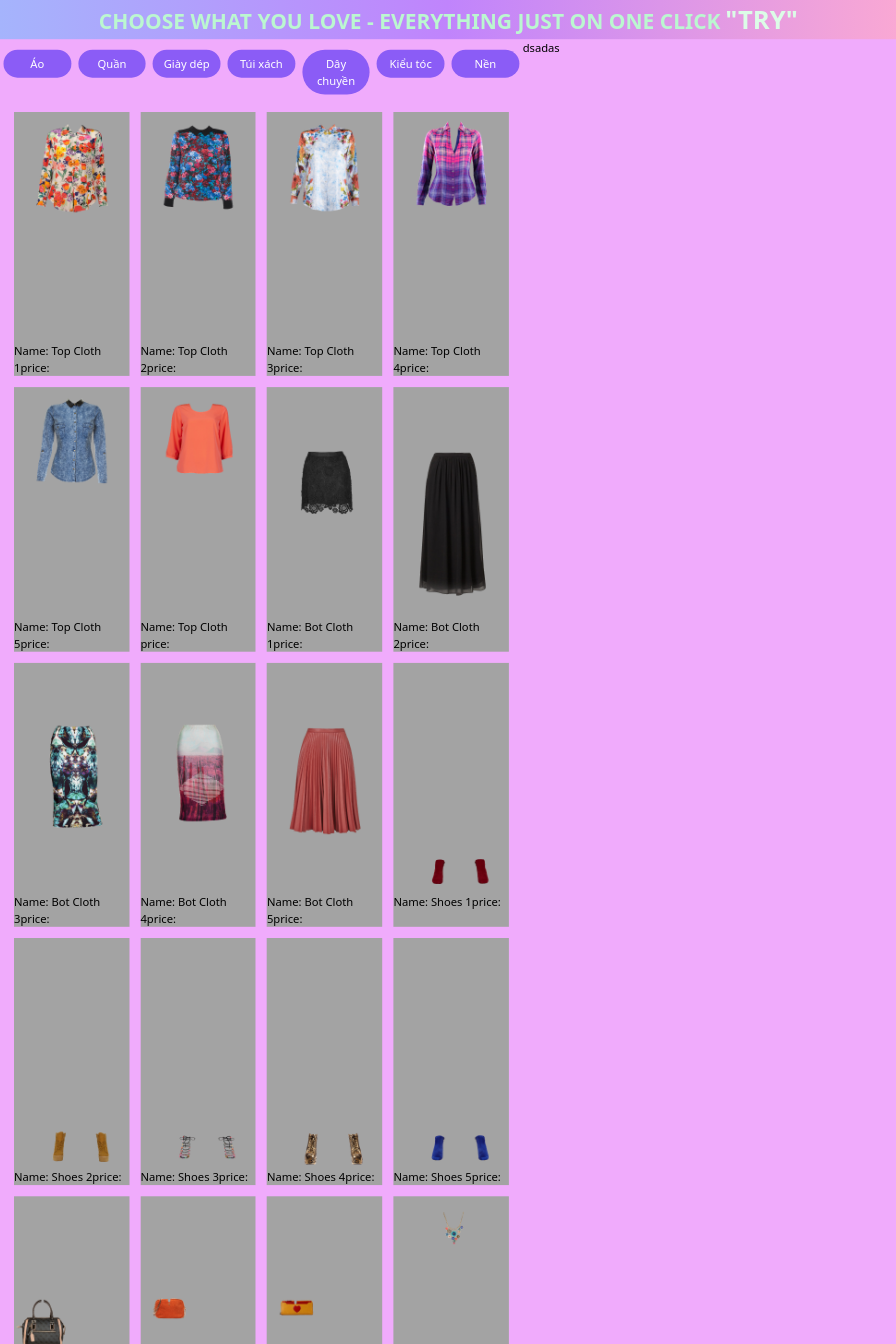
Repository: NguyenVietPhuQuy/ReactJs-TailWind-Redux-FunctionHook-ModelDesign
Page: / (app in modeldesign/)
The author's editor kept a copy of each file at every save. The page is drawn from the files as they stood at one save, then again after the next save.
The browser window is 1280 px wide. The pictures show the part of the page from y = 0 to 1920 px (the page is 3067 px tall before and 2343 px after), at 70% of full size.
The project was rebuilt for these pictures with package versions that can differ from the ones it lists, and the page was loaded fresh each time. Also part of the build but not shown: modeldesign/src/App.css.

Above is the page before, as saved 2022-11-17 16:11:23.

### modeldesign/public/index.html
<!DOCTYPE html>
<html lang="en">
  <head>
    <meta charset="utf-8" />
    <link rel="icon" href="%PUBLIC_URL%/favicon.ico" />
    <meta name="viewport" content="width=device-width, initial-scale=1" />
    <meta name="theme-color" content="#000000" />
    <meta
      name="description"
      content="Web site created using create-react-app"
    />
    <!--bootstrap-->
    <link rel="stylesheet" href="https://cdnjs.cloudflare.com/ajax/libs/bootstrap/5.2.2/js/bootstrap.min.js">
    <link rel="apple-touch-icon" href="%PUBLIC_URL%/logo192.png" />
    <!--
      manifest.json provides metadata used when your web app is installed on a
      user's mobile device or desktop. See https://developers.google.com/web/fundamentals/web-app-manifest/
    -->
    <link rel="manifest" href="%PUBLIC_URL%/manifest.json" />
    <!--
      Notice the use of %PUBLIC_URL% in the tags above.
      It will be replaced with the URL of the `public` folder during the build.
      Only files inside the `public` folder can be referenced from the HTML.

      Unlike "/favicon.ico" or "favicon.ico", "%PUBLIC_URL%/favicon.ico" will
      work correctly both with client-side routing and a non-root public URL.
      Learn how to configure a non-root public URL by running `npm run build`.
    -->
    <title>React App</title>
  </head>
  <body>
    <noscript>You need to enable JavaScript to run this app.</noscript>
    <div id="root"></div>
    <!--
      This HTML file is a template.
      If you open it directly in the browser, you will see an empty page.

      You can add webfonts, meta tags, or analytics to this file.
      The build step will place the bundled scripts into the <body> tag.

      To begin the development, run `npm start` or `yarn start`.
      To create a production bundle, use `npm run build` or `yarn build`.
    -->
  </body>
</html>

### modeldesign/src/index.js
import React from 'react';
import ReactDOM from 'react-dom/client';
import './index.css';
import App from './App';
import reportWebVitals from './reportWebVitals';
import {Provider} from 'react-redux'
import store from './Components/Reducer/Store';
const root = ReactDOM.createRoot(document.getElementById('root'));
root.render(
  <React.StrictMode>
    <Provider store ={store}>
    <App/>
    </Provider>
  </React.StrictMode>
);

// If you want to start measuring performance in your app, pass a function
// to log results (for example: reportWebVitals(console.log))
// or send to an analytics endpoint. Learn more: https://bit.ly/CRA-vitals
reportWebVitals();

### modeldesign/src/App.js
import React from 'react';
import './App.css';
import Home from './Components/Home.js'
function App() {
  return (
    <div>
      <Home/>
    </div>
  );
}

export default App;

### modeldesign/src/Components/Reducer/Store.js
import {createStore} from "redux"
import rootReducer from "./RootReducer"

const store = createStore(rootReducer,window.__REDUX_DEVTOOLS_EXTENSION__ && window.__REDUX_DEVTOOLS_EXTENSION__())
export default store

### modeldesign/src/Components/Home.js
import React from "react";
import Header from './Header.js'
import Category from "./Category.js";
import ProductList from "./ProductList.js";
import Model from "./Model.js";
function Home() {
    return (
        <div className="container mx-auto relative bg-fuchsia-300">
            <section className=
            " bg-gradient-to-r from-indigo-300 via-purple-400 to-pink-300 w-full ring-2 ring-transparent">
                    <Header/>
            </section>
            <section className="main flex flex-row">
                <div className="basis-7/12">
                    <Category/>
                    <ProductList/>
                </div>
                <div className="basis-5/12">
                    <Model />
                </div>
            </section>
        </div>
    )
}
export default Home

### modeldesign/src/Components/Reducer/RootReducer.js
import { combineReducers } from "redux";
import ProductReducer from './ProductReducer'
import CategoryReducer from './CategoryReducer'

const RootReducer = combineReducers({
    products: ProductReducer,
    categories: CategoryReducer,

})

export default RootReducer

### modeldesign/src/Components/Header.js
import React from "react";
import 'animate.css'
function Header(){
    return (
        <div className="text-center text-3xl p-2 font-semibold text-green-200 ">
            CHOOSE WHAT YOU LOVE - EVERYTHING JUST ON ONE CLICK <span className="text-green-100 font-bold text-4xl animate__animated animate__pulse animate__infinite inline-block">"TRY" </span>
        </div>
    )
}
export default Header

### modeldesign/src/Components/Category.js
import React from "react";
import { useSelector } from 'react-redux'


function Category(props) {
    const returnValue = useSelector(state => state.categories.category)
    return (
        <div className=" flex flex-row w-full">
            {returnValue.map((item) => {
                return (
                    <div key={item.tabName}className="w-1/2" style={{marginTop: 10, padding:5}}>
                        <button className="p-2 w-full rounded-full text-white hover:text-pink-100
                         bg-violet-500 hover:bg-violet-600 active:bg-violet-700 focus:outline-none
                         ease-in duration-200"
                         style={{ outline:"none",border: "none"}} >
                            {item.showName}
                        </button>
                    </div>
                )
            })}
        </div>
    )
}

export default Category

### modeldesign/src/Components/ProductList.js
import React from "react";
import { useSelector } from "react-redux";
function ProductList() {
    const productList = useSelector(state => state.products.product)
    console.log(productList)
    return (
        <div className="grid grid-cols-4 gap-4 m-5 text-left">
            {productList.map(item => {
                return (
                    <div className="card bg-neutral-400">
                        <img alt="" src={item.imgSrc_png}  className="rounded-lg flex-shrink-0 w-full"></img>
                        <div>
                        <span>Name: {item.name}</span>
                        <span>price: {item.price}</span>
                        </div>
                    </div>
                )
            })}
        </div>)
}
export default ProductList

### modeldesign/src/Components/Model.js
import React from "react";
function Model(){
    return(<div>
        dsadas
    </div>)
}
export default Model

### modeldesign/src/Components/Reducer/ProductReducer.js

const initialState = {
    product: [{
        id: 'topcloth_1',
        type: "topclothes",
        name: "Top Cloth 1",
        desc: "Lorem ipsum dolor, sit amet consectetur adipisicing elit. Aliquid, nulla.",
        imgSrc_jpg: 'images/clothes/topcloth1_show.jpg',
        imgSrc_png: 'images/clothes/topcloth1.png',
    },
    {
        id: 'topcloth_2',
        type: "topclothes",
        name: "Top Cloth 2",
        desc: "Lorem ipsum dolor, sit amet consectetur adipisicing elit. Aliquid, nulla.",
        imgSrc_jpg: 'images/clothes/topcloth2_show.jpg',
        imgSrc_png: 'images/clothes/topcloth2.png',
    },
    {
        id: 'topcloth_3',
        type: "topclothes",
        name: "Top Cloth 3",
        desc: "Lorem ipsum dolor, sit amet consectetur adipisicing elit. Aliquid, nulla.",
        imgSrc_jpg: 'images/clothes/topcloth3_show.jpg',
        imgSrc_png: 'images/clothes/topcloth3.png',
    },
    {
        id: 'topcloth_4',
        type: "topclothes",
        name: "Top Cloth 4",
        desc: "Lorem ipsum dolor, sit amet consectetur adipisicing elit. Aliquid, nulla.",
        imgSrc_jpg: 'images/clothes/topcloth4_show.jpg',
        imgSrc_png: 'images/clothes/topcloth4.png',
    },
    {
        id: 'topcloth_5',
        type: "topclothes",
        name: "Top Cloth 5",
        desc: "Lorem ipsum dolor, sit amet consectetur adipisicing elit. Aliquid, nulla.",
        imgSrc_jpg: 'images/clothes/topcloth5_show.jpg',
        imgSrc_png: 'images/clothes/topcloth5.png',
    },
    {
        id: 'topcloth_6',
        type: "topclothes",
        name: "Top Cloth ",
        desc: "Lorem ipsum dolor, sit amet consectetur adipisicing elit. Aliquid, nulla.",
        imgSrc_jpg: 'images/clothes/topcloth6_show.jpg',
        imgSrc_png: 'images/clothes/topcloth6.png',
    },

    // Both clothes
    {
        id: 'botcloth_1',
        type: "botclothes",
        name: "Bot Cloth 1",
        desc: "Lorem ipsum dolor, sit amet consectetur adipisicing elit. Aliquid, nulla.",
        imgSrc_jpg: 'images/clothes/botcloth1_show.jpg',
        imgSrc_png: 'images/clothes/botcloth1.png',
    },
    {
        id: 'botcloth_2',
        type: "botclothes",
        name: "Bot Cloth 2",
        desc: "Lorem ipsum dolor, sit amet consectetur adipisicing elit. Aliquid, nulla.",
        imgSrc_jpg: 'images/clothes/botcloth2_show.jpg',
        imgSrc_png: 'images/clothes/botcloth2.png',
    },
    {
        id: 'botcloth_3',
        type: "botclothes",
        name: "Bot Cloth 3",
        desc: "Lorem ipsum dolor, sit amet consectetur adipisicing elit. Aliquid, nulla.",
        imgSrc_jpg: 'images/clothes/botcloth3_show.jpg',
        imgSrc_png: 'images/clothes/botcloth3.png',
    },
    {
        id: 'botcloth_4',
        type: "botclothes",
        name: "Bot Cloth 4",
        desc: "Lorem ipsum dolor, sit amet consectetur adipisicing elit. Aliquid, nulla.",
        imgSrc_jpg: 'images/clothes/botcloth4_show.jpg',
        imgSrc_png: 'images/clothes/botcloth4.png',
    },
    {
        id: 'botcloth_5',
        type: "botclothes",
        name: "Bot Cloth 5",
        desc: "Lorem ipsum dolor, sit amet consectetur adipisicing elit. Aliquid, nulla.",
        imgSrc_jpg: 'images/clothes/botcloth5_show.jpg',
        imgSrc_png: 'images/clothes/botcloth5.png',
    },

    // Shoes
    {
        id: 'shoes_1',
        type: "shoes",
        name: "Shoes 1",
        desc: "Lorem ipsum dolor, sit amet consectetur adipisicing elit. Aliquid, nulla.",
        imgSrc_jpg: 'images/shoes/shoes1_show.jpg',
        imgSrc_png: 'images/shoes/shoes1.png',
    },
    {
        id: 'shoes_2',
        type: "shoes",
        name: "Shoes 2",
        desc: "Lorem ipsum dolor, sit amet consectetur adipisicing elit. Aliquid, nulla.",
        imgSrc_jpg: 'images/shoes/shoes2_show.jpg',
        imgSrc_png: 'images/shoes/shoes2.png',
    },
    {
        id: 'shoes_3',
        type: "shoes",
        name: "Shoes 3",
        desc: "Lorem ipsum dolor, sit amet consectetur adipisicing elit. Aliquid, nulla.",
        imgSrc_jpg: 'images/shoes/shoes3_show.jpg',
        imgSrc_png: 'images/shoes/shoes3.png',
    },
    {
        id: 'shoes_4',
        type: "shoes",
        name: "Shoes 4",
        desc: "Lorem ipsum dolor, sit amet consectetur adipisicing elit. Aliquid, nulla.",
        imgSrc_jpg: 'images/shoes/shoes4_show.jpg',
        imgSrc_png: 'images/shoes/shoes4.png',
    },
    {
        id: 'shoes_5',
        type: "shoes",
        name: "Shoes 5",
        desc: "Lorem ipsum dolor, sit amet consectetur adipisicing elit. Aliquid, nulla.",
        imgSrc_jpg: 'images/shoes/shoes5_show.jpg',
        imgSrc_png: 'images/shoes/shoes5.png',
    },

    // Handbags
    {
        id: 'handbag_1',
        type: "handbags",
        name: "Handbag 1",
        desc: "Lorem ipsum dolor, sit amet consectetur adipisicing elit. Aliquid, nulla.",
        imgSrc_jpg: 'images/handbags/handbag1_show.jpg',
        imgSrc_png: 'images/handbags/handbag1.png',
    },
    {
        id: 'handbag_2',
        type: "handbags",
        name: "Handbag 2",
        desc: "Lorem ipsum dolor, sit amet consectetur adipisicing elit. Aliquid, nulla.",
        imgSrc_jpg: 'images/handbags/handbag2_show.jpg',
        imgSrc_png: 'images/handbags/handbag2.png',
    },
    {
        id: 'handbag_3',
        type: "handbags",
        name: "Handbag 3",
        desc: "Lorem ipsum dolor, sit amet consectetur adipisicing elit. Aliquid, nulla.",
        imgSrc_jpg: 'images/handbags/handbag3_show.jpg',
        imgSrc_png: 'images/handbags/handbag3.png',
    },

    // Necklaces
    {
        id: 'necklace_1',
        type: "necklaces",
        name: "Necklace 1",
        desc: "Lorem ipsum dolor, sit amet consectetur adipisicing elit. Aliquid, nulla.",
        imgSrc_jpg: 'images/necklaces/necklace1_show.jpg',
        imgSrc_png: 'images/necklaces/necklace1.png',
    },
    {
        id: 'necklace_2',
        type: "necklaces",
        name: "Necklace 2",
        desc: "Lorem ipsum dolor, sit amet consectetur adipisicing elit. Aliquid, nulla.",
        imgSrc_jpg: 'images/necklaces/necklace2_show.jpg',
        imgSrc_png: 'images/necklaces/necklace2.png',
    },
    {
        id: 'necklace_3',
        type: "necklaces",
        name: "Necklace 3",
        desc: "Lorem ipsum dolor, sit amet consectetur adipisicing elit. Aliquid, nulla.",
        imgSrc_jpg: 'images/necklaces/necklace3_show.jpg',
        imgSrc_png: 'images/necklaces/necklace3.png',
    },

    // Hairstyle
    {
        id: 'hairstyle_1',
        type: "hairstyle",
        name: "Hairstyle 1",
        desc: "Lorem ipsum dolor, sit amet consectetur adipisicing elit. Aliquid, nulla.",
        imgSrc_jpg: 'images/hairstyle/hairstyle1_show.jpg',
        imgSrc_png: 'images/hairstyle/hairstyle1.png',
    },
    {
        id: 'hairstyle_2',
        type: "hairstyle",
        name: "Hairstyle 2",
        desc: "Lorem ipsum dolor, sit amet consectetur adipisicing elit. Aliquid, nulla.",
        imgSrc_jpg: 'images/hairstyle/hairstyle2_show.jpg',
        imgSrc_png: 'images/hairstyle/hairstyle2.png',
    },
    {
        id: 'hairstyle_3',
        type: "hairstyle",
        name: "Hairstyle 3",
        desc: "Lorem ipsum dolor, sit amet consectetur adipisicing elit. Aliquid, nulla.",
        imgSrc_jpg: 'images/hairstyle/hairstyle3_show.jpg',
        imgSrc_png: 'images/hairstyle/hairstyle3.png',
    },

    // Background
    {
        id: 'background_1',
        type: "background",
        name: "Background 1",
        desc: "Lorem ipsum dolor, sit amet consectetur adipisicing elit. Aliquid, nulla.",
        imgSrc_jpg: 'images/background/background1_show.jpg',
        imgSrc_png: 'images/background/background1.jpg',
    },
    {
        id: 'background_2',
        type: "background",
        name: "Background 2",
        desc: "Lorem ipsum dolor, sit amet consectetur adipisicing elit. Aliquid, nulla.",
        imgSrc_jpg: 'images/background/background2_show.jpg',
        imgSrc_png: 'images/background/background2.jpg',
    },
    {
        id: 'background_3',
        type: "background",
        name: "Background 3",
        desc: "Lorem ipsum dolor, sit amet consectetur adipisicing elit. Aliquid, nulla.",
        imgSrc_jpg: 'images/background/background3_show.jpg',
        imgSrc_png: 'images/background/background3.jpg',
    },
    {
        id: 'background_4',
        type: "background",
        name: "Background 4",
        desc: "Lorem ipsum dolor, sit amet consectetur adipisicing elit. Aliquid, nulla.",
        imgSrc_jpg: 'images/background/background4_show.jpg',
        imgSrc_png: 'images/background/background4.jpg',
    },
    {
        id: 'background_5',
        type: "background",
        name: "Background 5",
        desc: "Lorem ipsum dolor, sit amet consectetur adipisicing elit. Aliquid, nulla.",
        imgSrc_jpg: 'images/background/background5_show.jpg',
        imgSrc_png: 'images/background/background5.jpg',
    },
    {
        id: 'background_6',
        type: "background",
        name: "Background 6",
        desc: "Lorem ipsum dolor, sit amet consectetur adipisicing elit. Aliquid, nulla.",
        imgSrc_jpg: 'images/background/background6_show.jpg',
        imgSrc_png: 'images/background/background6.jpg',
    },
    {
        id: 'background_7',
        type: "background",
        name: "Background 7",
        desc: "Lorem ipsum dolor, sit amet consectetur adipisicing elit. Aliquid, nulla.",
        imgSrc_jpg: 'images/background/background7_show.jpg',
        imgSrc_png: 'images/background/background7.jpg',
    },
    ],
}
const ProductReducer = (state = initialState) => {
    return state
}

export default ProductReducer

### modeldesign/src/Components/Reducer/CategoryReducer.js
const initialState ={
    category: [
        { tabName: 'tabTopClothes', showName: 'Áo', type: 'topclothes' },
        { tabName: 'tabBotClothes', showName: 'Quần', type: 'botclothes' },
        { tabName: 'tabShoes', showName: 'Giày dép', type: 'shoes' },
        { tabName: 'tabHandBags', showName: 'Túi xách', type: 'handbags' },
        { tabName: 'tabNecklaces', showName: 'Dây chuyền', type: 'necklaces' },
        { tabName: 'tabHairStyle', showName: 'Kiểu tóc', type: 'hairstyle' },
        { tabName: 'tabBackground', showName: 'Nền', type: 'background' }
    ]
}
const CategoryReducer = (state=initialState) =>{
    return state
}
export default CategoryReducer

Loaded but not shown: modeldesign/src/index.css (common file); modeldesign/src/reportWebVitals.js (common file); modeldesign/tailwind.config.js (common file)

After the next save:
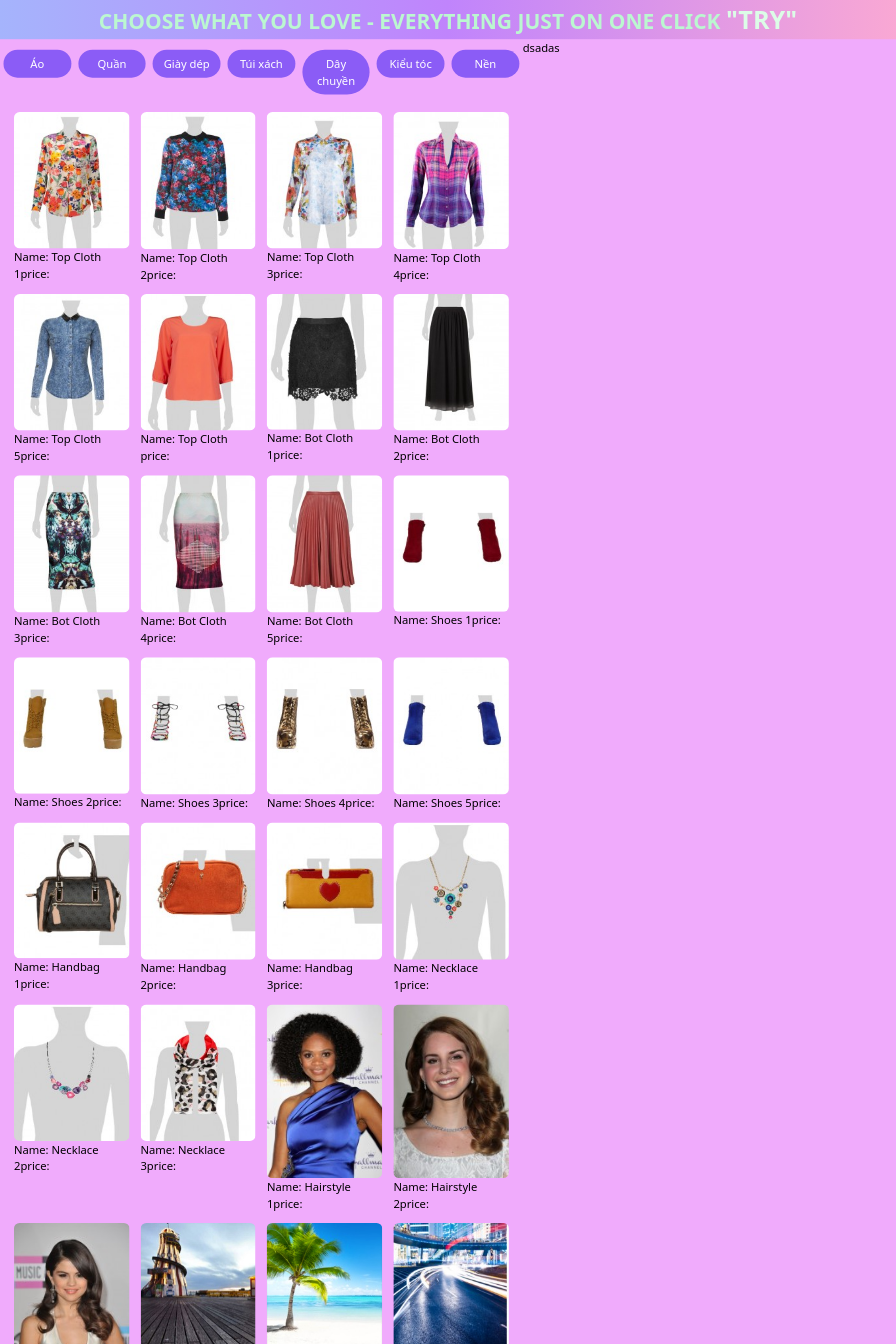
Saved 15 s later.
--- a/modeldesign/src/Components/ProductList.js
+++ b/modeldesign/src/Components/ProductList.js
@@ -7,8 +7,8 @@ function ProductList() {
         <div className="grid grid-cols-4 gap-4 m-5 text-left">
             {productList.map(item => {
                 return (
-                    <div className="card bg-neutral-400">
-                        <img alt="" src={item.imgSrc_png}  className="rounded-lg flex-shrink-0 w-full"></img>
+                    <div className="card ">
+                        <img alt="" src={item.imgSrc_jpg}  className="rounded-lg flex-shrink-0 w-full"></img>
                         <div>
                         <span>Name: {item.name}</span>
                         <span>price: {item.price}</span>
